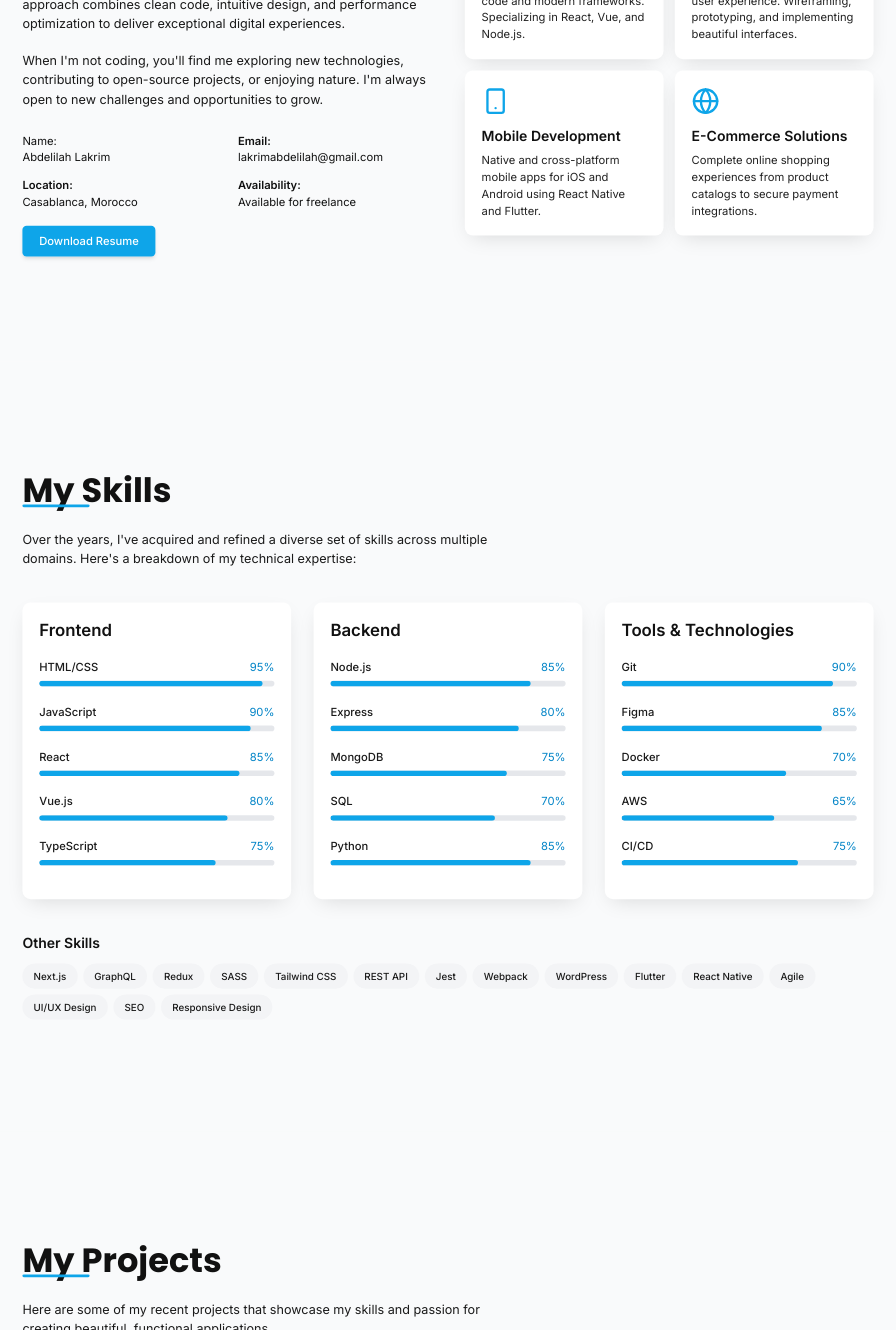
Repository: Abdelilah-Lakrim/Personal_Portfolio
Page: /
These files come from the project's save history. The page is drawn as it stood at one moment and after the next save; the edit follows.
The browser window is 1280 px wide. The pictures show the part of the page from y = 1132 to 3032 px (the page is 7905 px tall before and 7733 px after), at 70% of full size.
Pictures or frames that could not be fetched are drawn as grey boxes. The project was rebuilt for these pictures with package versions that can differ from the ones it lists, and the page was loaded fresh each time. Also part of the build but not shown: vite.config.ts.

Above is the page before, as saved 2025-05-21 12:38:37.

After the next save:
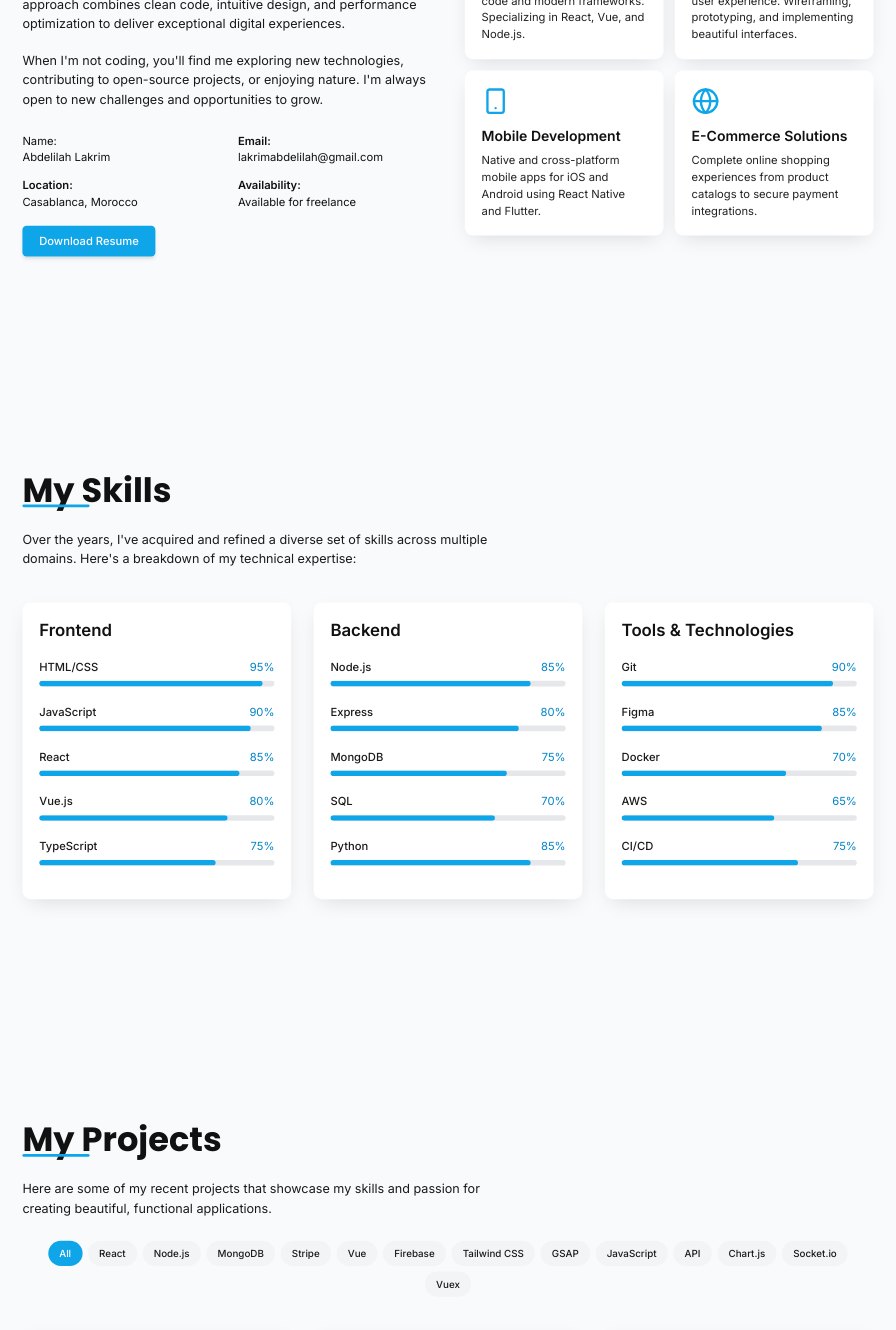
Saved 57 s later.
--- a/src/components/Skills.tsx
+++ b/src/components/Skills.tsx
@@ -140,7 +140,7 @@
         </motion.div>
 
         {/* Additional skills in tags */}
-        <div className="mt-12">
+        {/* <div className="mt-12">
           <h3 className="text-xl font-semibold text-dark-800 mb-4">Other Skills</h3>
           <div className="flex flex-wrap gap-2">
             {['Next.js', 'GraphQL', 'Redux', 'SASS', 'Tailwind CSS', 'REST API', 'Jest', 'Webpack', 'WordPress', 'Flutter', 'React Native', 'Agile', 'UI/UX Design', 'SEO', 'Responsive Design'].map((skill, index) => (
@@ -152,7 +152,7 @@
               </span>
             ))}
           </div>
-        </div>
+        </div> */}
       </div>
     </section>
   );

After the save that followed:
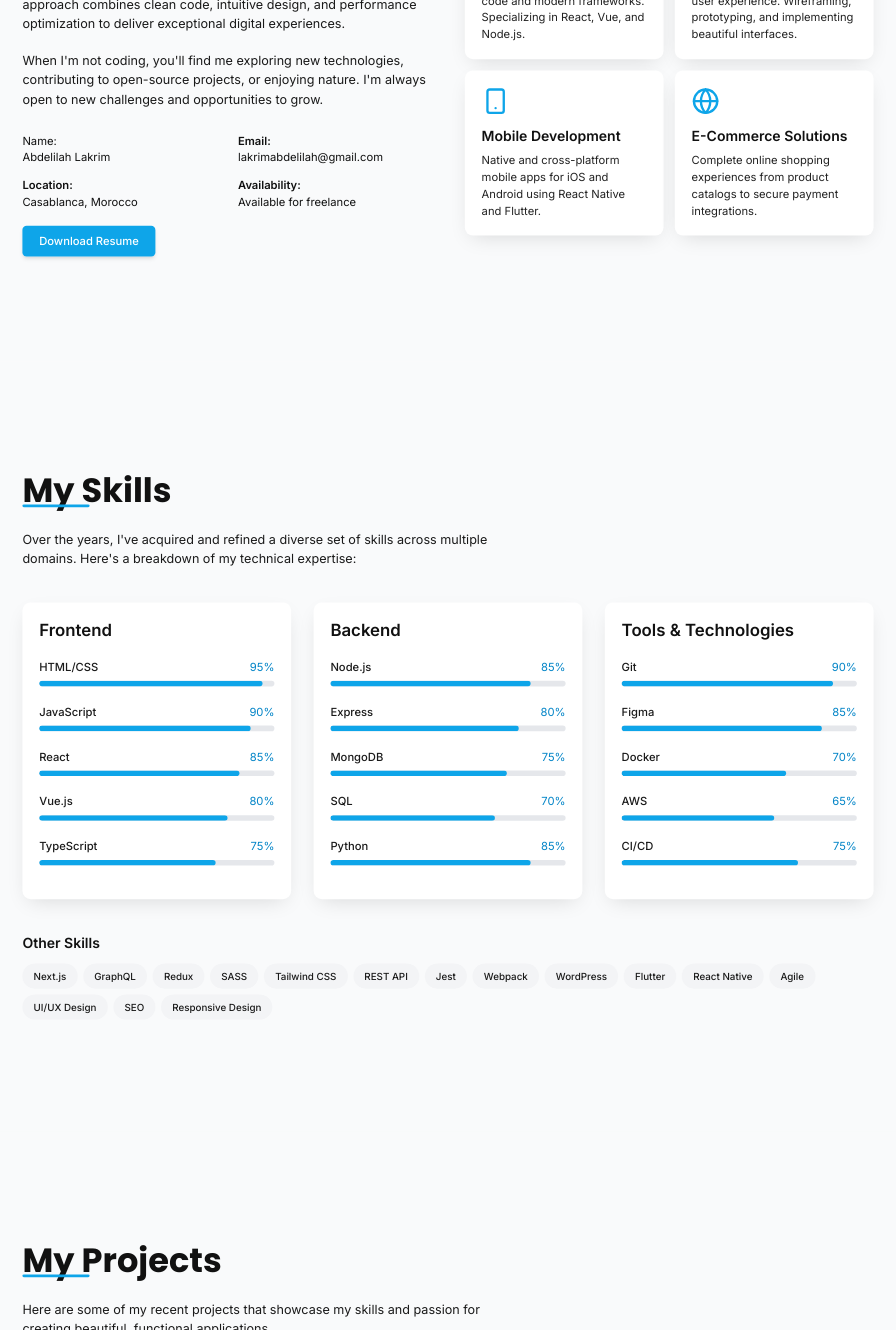
Saved 15 s later.
--- a/src/components/Skills.tsx
+++ b/src/components/Skills.tsx
@@ -140,7 +140,7 @@
         </motion.div>
 
         {/* Additional skills in tags */}
-        {/* <div className="mt-12">
+        <div className="mt-12">
           <h3 className="text-xl font-semibold text-dark-800 mb-4">Other Skills</h3>
           <div className="flex flex-wrap gap-2">
             {['Next.js', 'GraphQL', 'Redux', 'SASS', 'Tailwind CSS', 'REST API', 'Jest', 'Webpack', 'WordPress', 'Flutter', 'React Native', 'Agile', 'UI/UX Design', 'SEO', 'Responsive Design'].map((skill, index) => (
@@ -152,7 +152,7 @@
               </span>
             ))}
           </div>
-        </div> */}
+        </div>
       </div>
     </section>
   );
